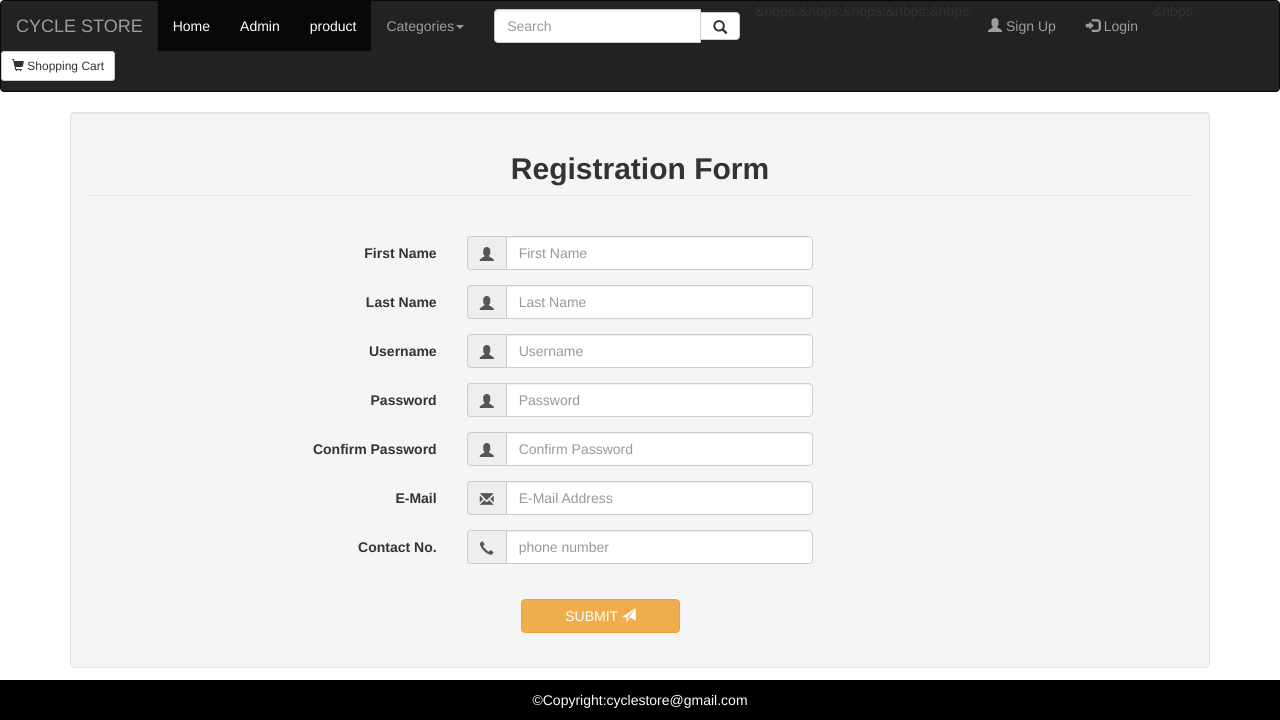
Repository: SumiyaSulaiman/project1
Page: http://localhost/cycle/registration.jsp
An editor plug-in stored every save of this project. The page is shown before and after the next save, followed by the edit.
The browser window is 1280 px wide. The pictures show the whole page.
Some web libraries are served in a nearby version. The page is served by Tomcat 9. Nobody is signed in. The application's start-up code is not run.

Above is the page before, as saved 2017-12-20 08:48:32.

After the next save:
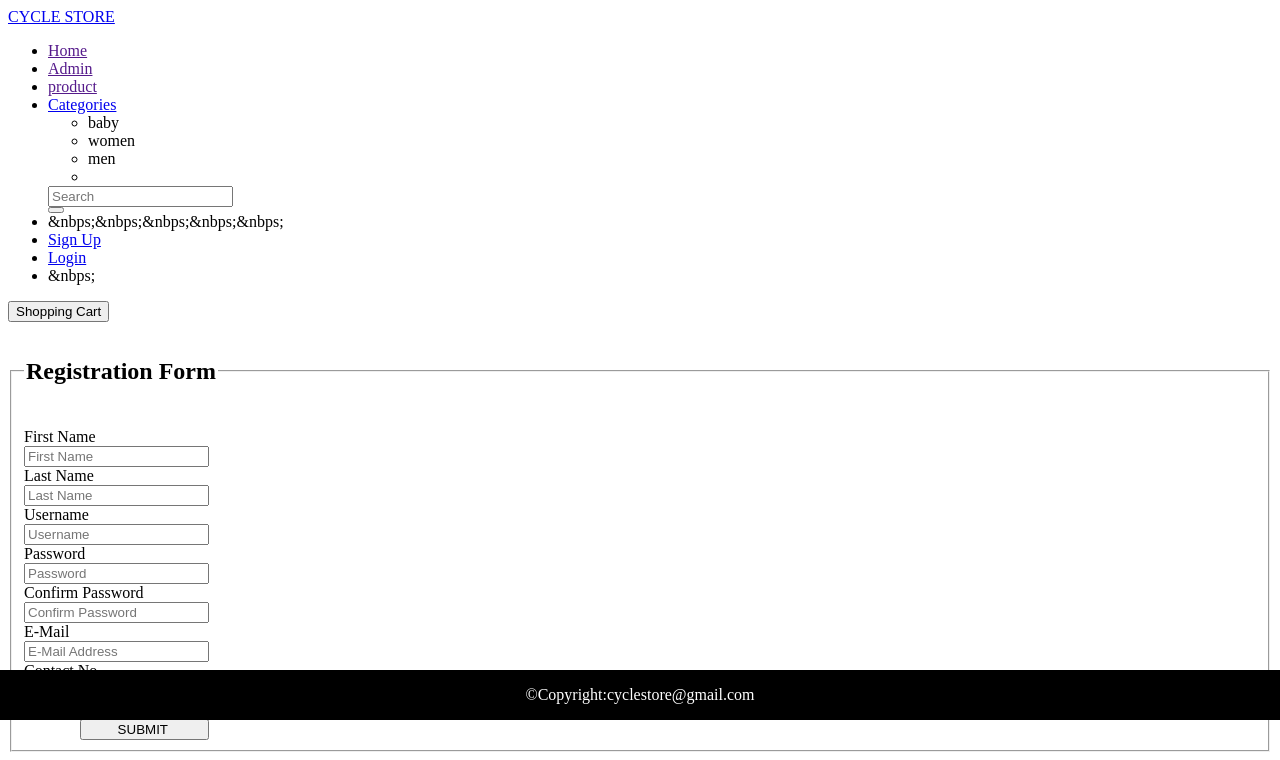
Saved 8 min 5 s later.
--- a/project/cycle/src/main/webapp/registration.jsp
+++ b/project/cycle/src/main/webapp/registration.jsp
@@ -3,14 +3,7 @@
 <!DOCTYPE html PUBLIC "-//W3C//DTD HTML 4.01 Transitional//EN" "http://www.w3.org/TR/html4/loose.dtd">
 <html>
 <head>
-  <meta charset="utf-8">
-  <meta http-equiv="X-UA-Compatible" content="IE=edge">
-  <meta name="description" content="">
-  <meta name="viewport" content="width=device-width, initial-scale=1">
-  <link rel="stylesheet" href="https://maxcdn.bootstrapcdn.com/bootstrap/3.3.7/css/bootstrap.min.css">
-  <script src="https://ajax.googleapis.com/ajax/libs/jquery/3.2.0/jquery.min.js"></script>
-  <script src="https://maxcdn.bootstrapcdn.com/bootstrap/3.3.7/js/bootstrap.min.js"></script>
-</head>
+  </head>
 <body>
 	<jsp:include page="header.jsp"></jsp:include>
       <div class="container">

After the save that followed:
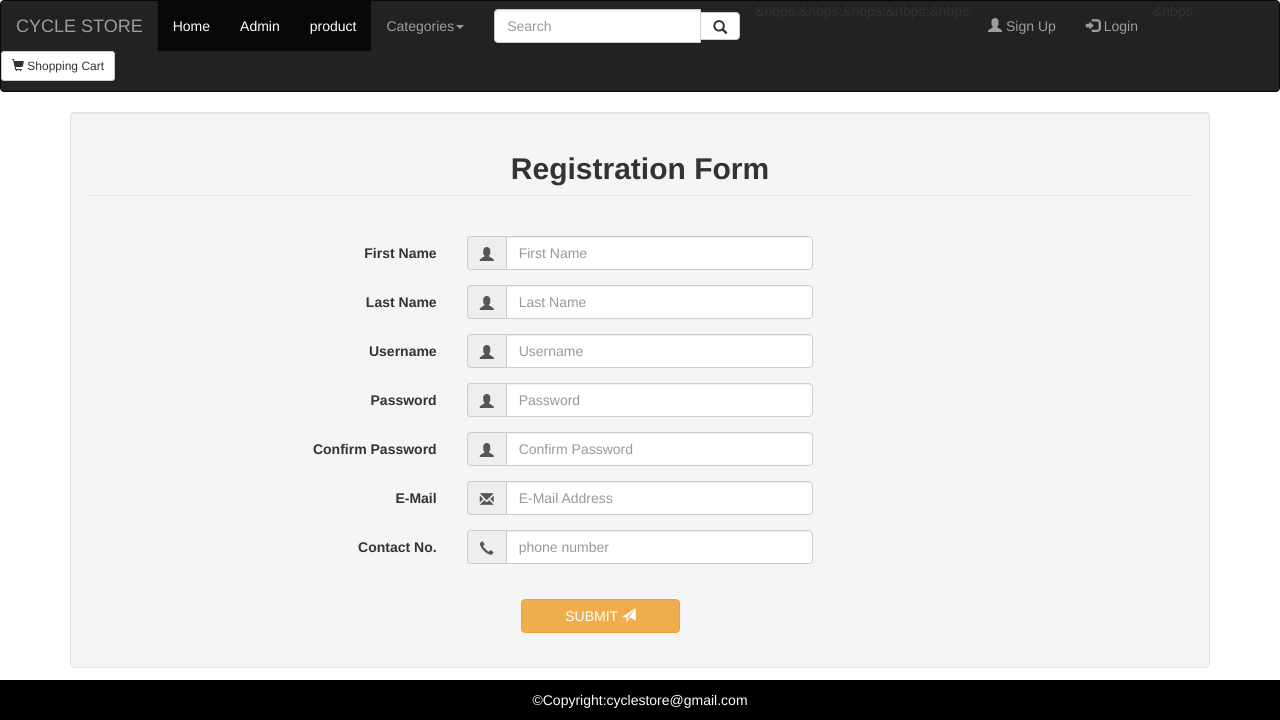
Saved 2 min 24 s later.
--- a/project/cycle/src/main/webapp/header.jsp
+++ b/project/cycle/src/main/webapp/header.jsp
@@ -3,7 +3,13 @@
 <!DOCTYPE html PUBLIC "-//W3C//DTD HTML 4.01 Transitional//EN" "http://www.w3.org/TR/html4/loose.dtd">
 <html>
 <head>
-<meta http-equiv="Content-Type" content="text/html; charset=ISO-8859-1">
+<meta charset="utf-8">
+  <meta http-equiv="X-UA-Compatible" content="IE=edge">
+  <meta name="description" content="">
+  <meta name="viewport" content="width=device-width, initial-scale=1">
+  <link rel="stylesheet" href="https://maxcdn.bootstrapcdn.com/bootstrap/3.3.7/css/bootstrap.min.css">
+  <script src="https://ajax.googleapis.com/ajax/libs/jquery/3.2.0/jquery.min.js"></script>
+  <script src="https://maxcdn.bootstrapcdn.com/bootstrap/3.3.7/js/bootstrap.min.js"></script>
 
 </head>
 <body>
